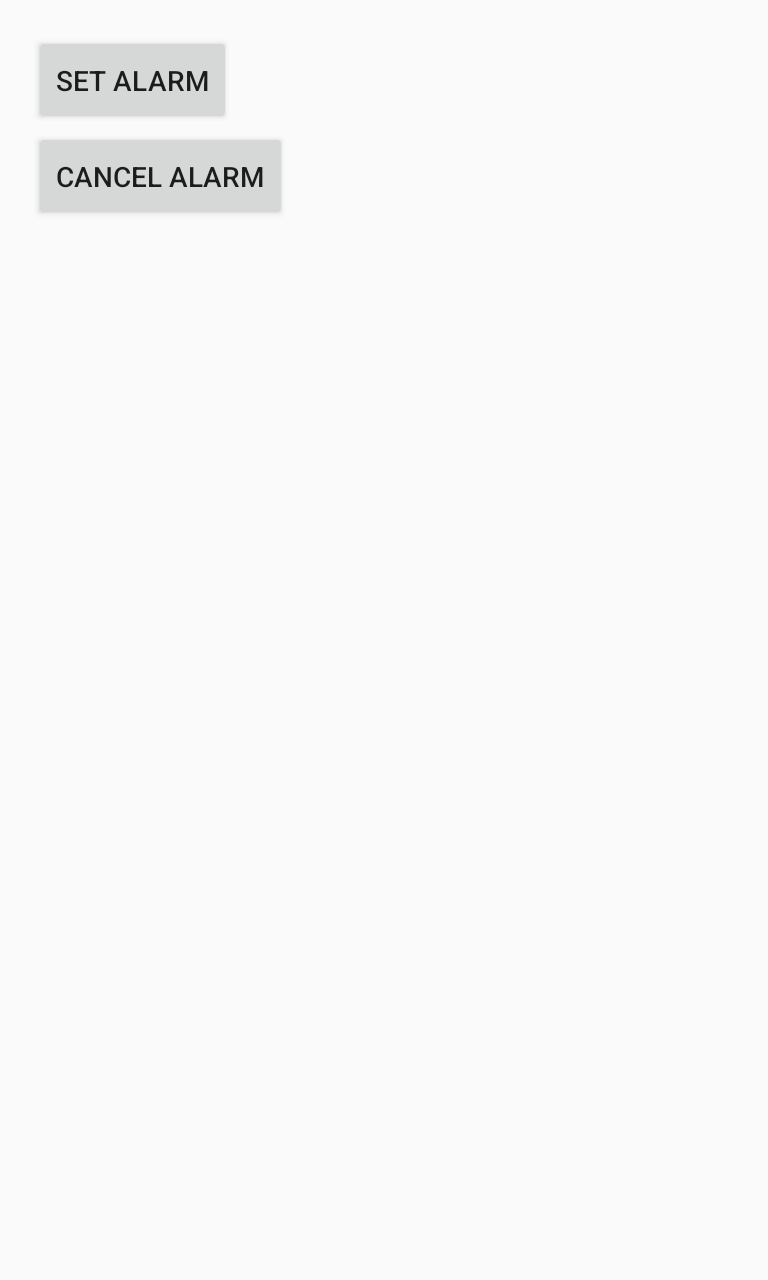
Repository: thneumann/AndroidDenonAlarmClock
Layout: MyDenonAlarmClock/res/layout/activity_main.xml
These files come from the project's save history. The layout is drawn as it stood at one moment and after the next save; the edit follows.
It is drawn on a 768 x 1280 px phone screen (xhdpi) without system bars, with theme AppTheme; the app's code is not run.

Above is the layout before, as saved 2014-11-02 19:06:00.

After the next save:
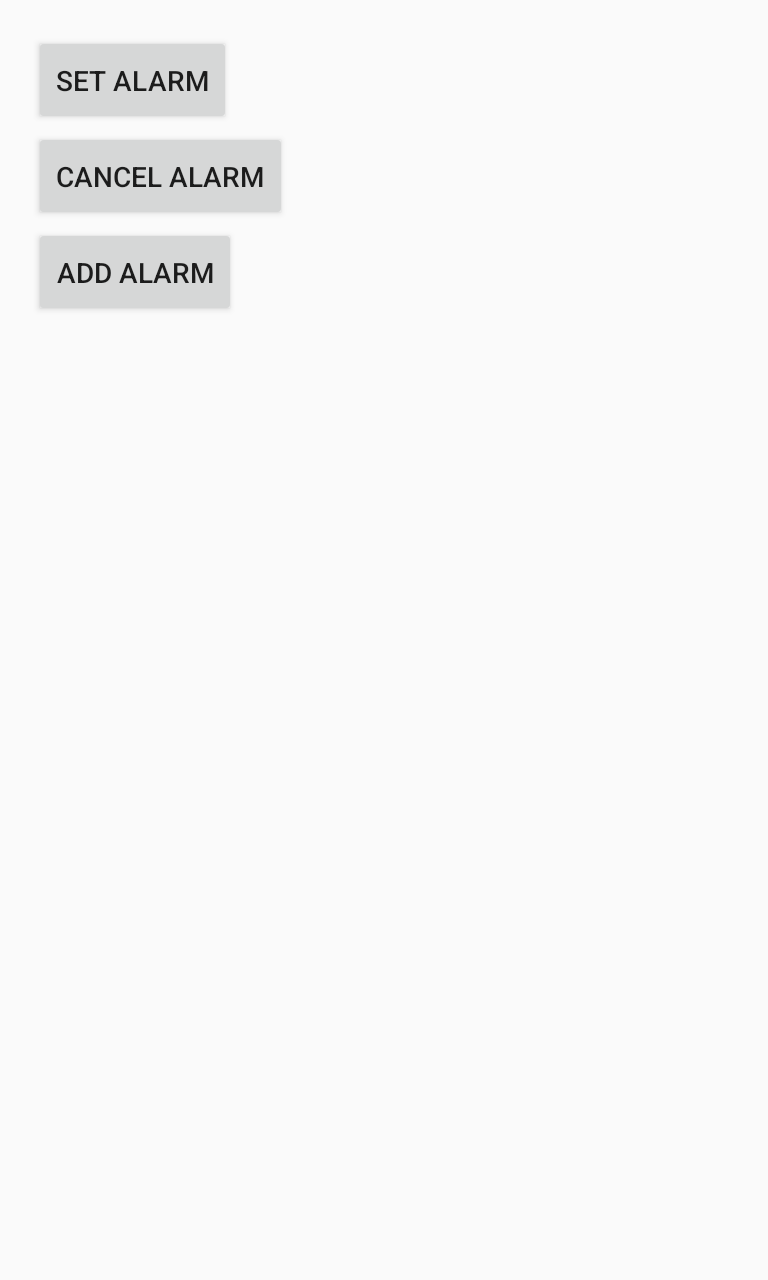
Saved 24 s later.
--- a/MyDenonAlarmClock/res/layout/activity_main.xml
+++ b/MyDenonAlarmClock/res/layout/activity_main.xml
@@ -24,4 +24,11 @@
         android:onClick="cancel"
         android:text="cancel alarm" />
 
+    <Button
+        android:id="@+id/button3"
+        android:layout_width="wrap_content"
+        android:layout_height="wrap_content"
+        android:text="add Alarm"
+        android:onClick="addAlarm" />
+
 </LinearLayout>
